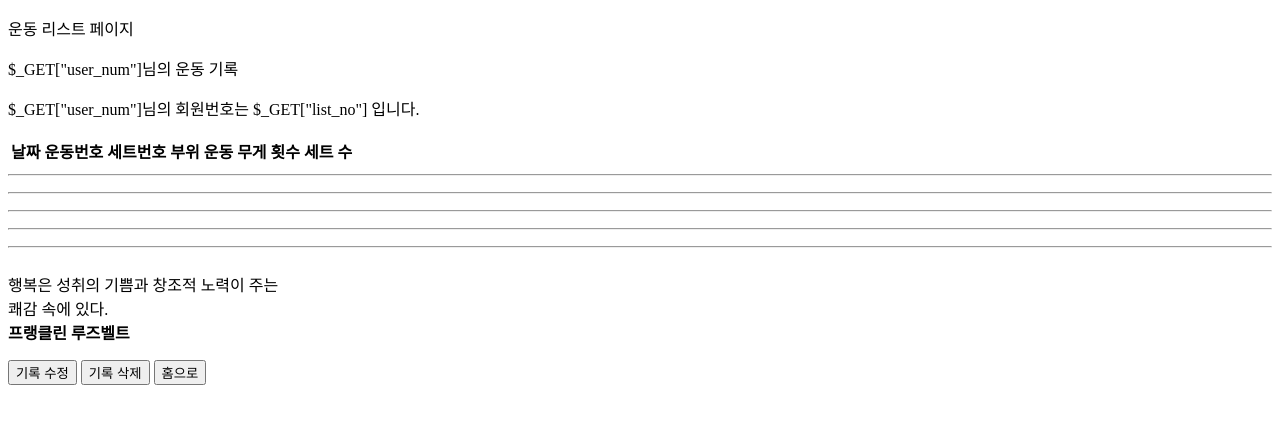
Repository: Up-Min/hrdkorea
Page: http://localhost/jsp_workout/wk_list.jsp
An editor plug-in stored every save of this project. The page is shown before and after the next save, followed by the edit.
The browser window is 1280 px wide. The pictures show the whole page.
The page is served by Tomcat 9. The template is opened directly, without the code that normally fills it, so the values that code supplies are empty.

Above is the page before, as saved 2022-12-30 06:35:01.

After the next save:
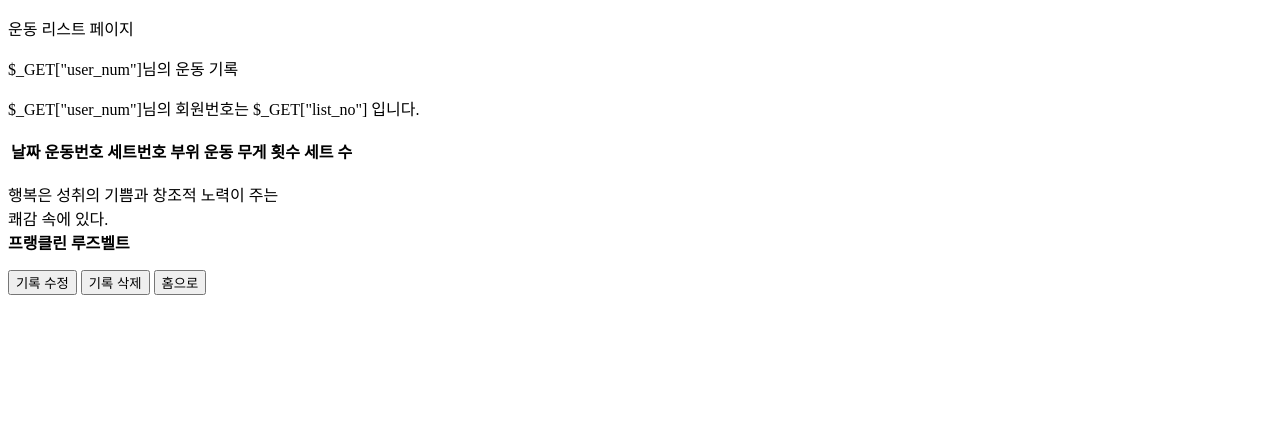
Saved 62 s later.
--- a/jsp_workout/src/main/webapp/wk_list.jsp
+++ b/jsp_workout/src/main/webapp/wk_list.jsp
@@ -44,7 +44,7 @@
 		</c:forEach>
 	</table>
 
-	<table>
+<%-- 	<table>
 		<c:forEach items="${wklist0}" var="w" varStatus="status">
 			<input type=hidden value="${w.wk_number}">
 			<!-- jstl쓰면 굳이 request쓸 필요 없다. (Board board : boardList) -->
@@ -145,7 +145,7 @@
 				<td>${w.ex_sets}</td>
 			</tr>
 		</c:forEach>
-	</table>
+	</table> --%>
 
 		<p>
 			행복은 성취의 기쁨과 창조적 노력이 주는 <br> 쾌감 속에 있다.
